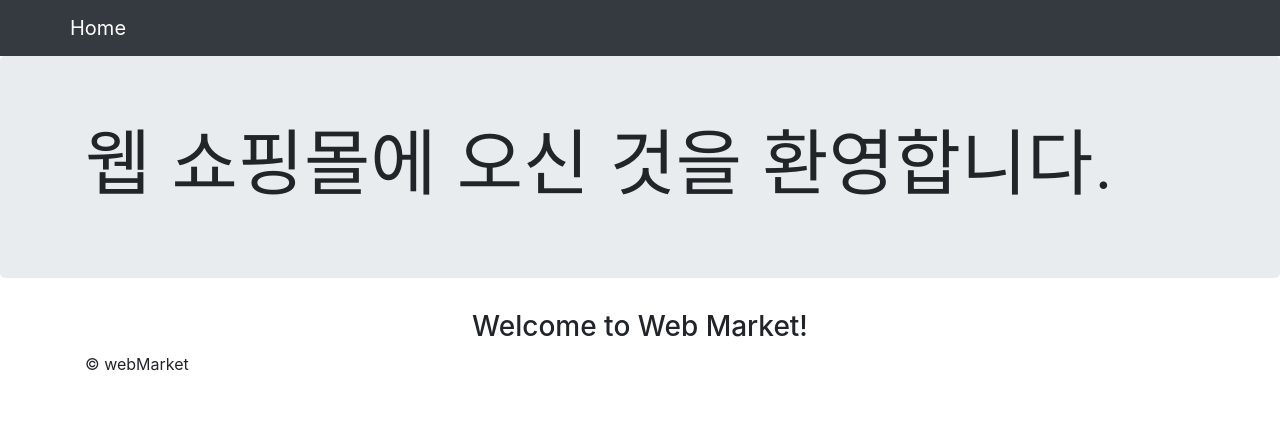
Repository: ekslffh/jsp-project
Page: http://localhost/WebMarket/welcome.jsp
The author's editor kept a copy of each file at every save. The page is drawn from the files as they stood at one save, then again after the next save.
The browser window is 1280 px wide. The pictures show the whole page.
The page is served by Tomcat 9. Other server files are loaded and not shown.

Above is the page before, as saved 2022-07-01 15:10:29.

### WebMarket/src/main/webapp/welcome.jsp
<%@ page contentType="text/html; charset=UTF-8" %>
<html>
<head>
<link rel = "stylesheet"
	href="https://maxcdn.bootstrapcdn.com/bootstrap/4.0.0/css/bootstrap.min.css">
<title>Welcome</title>
<style>
</style>
</head>
<body>
	<nav class = "navbar navbar-expand navbar-dark bg-dark">
		<div class = "container">
			<div class = "navbar-header">
				<a class = "navbar-brand" href="./welcome.jsp">Home</a>
			</div>
		</div>
	</nav>
	<%!
		String greeting = "웹 쇼핑몰에 오신 것을 환영합니다.";
		String tagline = "Welcome to Web Market!";
	%>
	<div class = "jumbotron">
		<div class = "container">
			<h1 class = "display-3">
				<%= greeting %>
			</h1>
		</div>
	</div>
	<div class = "container">
		<div class = "text-center">
			<h3>
				<%= tagline %>
			</h3>
		</div>
	</div>
	<footer class = "container">
		<p>&copy; webMarket</p>
	</footer>
</body>
</html>

After the next save:
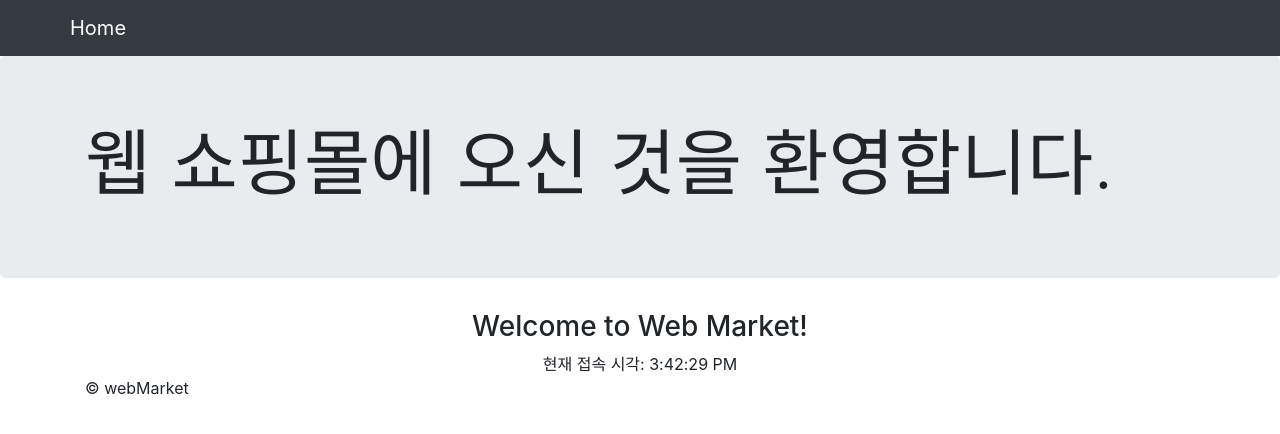
Saved 5 min 8 s later.
--- a/WebMarket/src/main/webapp/welcome.jsp
+++ b/WebMarket/src/main/webapp/welcome.jsp
@@ -1,4 +1,5 @@
 <%@ page contentType="text/html; charset=UTF-8" %>
+<%@ page import="java.util.Date" %>
 <html>
 <head>
 <link rel = "stylesheet"
@@ -31,6 +32,21 @@
 			<h3>
 				<%= tagline %>
 			</h3>
+			<%
+				Date day = new java.util.Date();
+				String am_pm;
+				int hour = day.getHours();
+				int minute = day.getMinutes();
+				int second = day.getSeconds();
+				if (hour / 12 == 0) {
+					am_pm = "AM";
+				} else {
+					am_pm = "PM";
+					hour -= 12;
+				}
+				String CT = hour + ":" + minute + ":" + second + " " + am_pm;
+				out.println("현재 접속 시각: " + CT + "\n");
+			%>
 		</div>
 	</div>
 	<footer class = "container">
